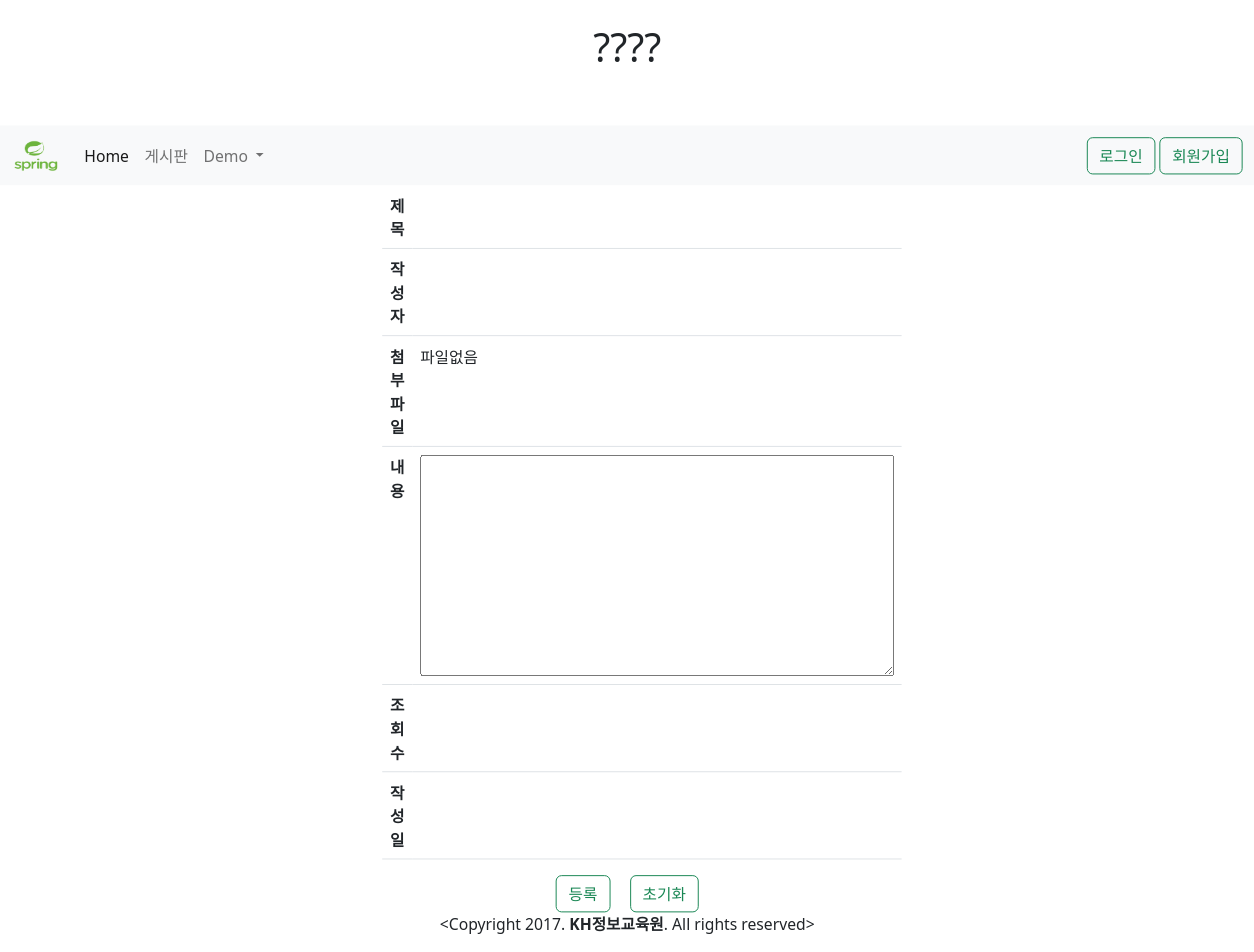
Repository: yerimeee/06_springWork
Page: http://localhost/springProject/WEB-INF/views/board/boardDetail.jsp
The author's editor kept a copy of each file at every save. The page is drawn from the files as they stood at one save, then again after the next save.
The browser window is 1280 px wide. The pictures show the whole page, at 98% of full size.
The page is served by Tomcat 9. Nobody is signed in. Other server files are loaded and not shown. The template is opened directly, without the code that normally fills it, so the values that code supplies are empty.

Above is the page before, as saved 2023-06-19 07:14:20.

### springProject/src/main/webapp/WEB-INF/views/board/boardDetail.jsp
<%@ page language="java" contentType="text/html; charset=UTF-8"
    pageEncoding="UTF-8"%>
<%@ taglib prefix="c" uri="http://java.sun.com/jsp/jstl/core" %>
<%@ taglib prefix="fmt" uri="http://java.sun.com/jsp/jstl/fmt" %>
<%@ taglib prefix="fn" uri="http://java.sun.com/jsp/jstl/functions" %>
<style>
	#container{width:500px; margin:auto;}
	th, td{height:30px;}
	input{width:250px;}
	.guide {display:none;}
	.ok {color:green;}
	.error {color:red;}
</style>
<jsp:include page="/WEB-INF/views/common/header.jsp">
	<jsp:param value="상세보기" name="title"/>
</jsp:include>
	<div id="container">
			<table class="table">
				<tr>
					<th scope="col">제목</th>
					<td scope="col">${board.boardTitle }</td>
				</tr>
				<tr>
					<th scope="col">작성자</th>
					<td scope="col">${board.boardWriter }</td>
				</tr>
				<tr>
					<th scope="col">첨부파일</th>
					<td scope="col">
						<c:if test="${not empty board.originalFilename }">
							<button type="button" class="btn btn-outline-secondary">${board.originalFilename }</button>
						</c:if>
						<c:if test="${empty board.originalFilename }">
							파일없음
						</c:if>
					</td>
				</tr>
				<tr>
					<th scope="col">내용</th>
					<td scope="col">
						<textarea name="content" rows="10" cols="50" required>${board.content }</textarea>
					</td>
				</tr>
				<tr>
					<th scope="col">조회수</th>
					<td scope="col">${board.count }</td>
				</tr>
				<tr>
					<th scope="col">작성일</th>
					<td scope="col">${board.createDate }</td>
				</tr>
			</table>
			<button class="btn btn-outline-success" type="submit" >등록</button>&emsp;
			<button class="btn btn-outline-success" type="reset">초기화</button>
	</div>

<jsp:include page="/WEB-INF/views/common/footer.jsp" />

### springProject/src/main/webapp/WEB-INF/views/common/header.jsp
<%@ page language="java" contentType="text/html; charset=UTF-8"
    pageEncoding="UTF-8"%>
<%@ taglib prefix="c" uri="http://java.sun.com/jsp/jstl/core" %>
<%@ taglib prefix="fmt" uri="http://java.sun.com/jsp/jstl/fmt" %>
<%@ taglib prefix="fn" uri="http://java.sun.com/jsp/jstl/functions" %>
<!DOCTYPE html>
<html>
<head>
<meta charset="UTF-8">

<title>${param.title }</title> <!-- input form은 request. 으로 받고 param으로 들어온 건 param으로 받음 -->

<script src="https://ajax.googleapis.com/ajax/libs/jquery/3.6.3/jquery.min.js"></script>
<link href="https://cdn.jsdelivr.net/npm/bootstrap@5.2.3/dist/css/bootstrap.min.css" rel="stylesheet" integrity="sha384-rbsA2VBKQhggwzxH7pPCaAqO46MgnOM80zW1RWuH61DGLwZJEdK2Kadq2F9CUG65" crossorigin="anonymous">
<link rel="stylesheet" href="${pageContext.request.contextPath}/resources/css/style.css">

<!-- DB에 저장이 잘 되었다면 alert창 띄우기 -->
<c:if test="${not empty msg }">
	<script type="text/javascript">
		alert('${msg}');
	</script>
</c:if>

</head>
<body>
	<script src="https://cdn.jsdelivr.net/npm/bootstrap@5.2.3/dist/js/bootstrap.bundle.min.js" integrity="sha384-kenU1KFdBIe4zVF0s0G1M5b4hcpxyD9F7jL+jjXkk+Q2h455rYXK/7HAuoJl+0I4" crossorigin="anonymous"></script>

	<header>
		<br>
		<h1 align="center">${param.title }</h1>
		<br><br>
		<nav class="navbar navbar-expand-lg bg-light">
		  <div class="container-fluid">
		    <a class="navbar-brand" href="#">
		    	<img src="${pageContext.request.contextPath}/resources/img/spring.png" alt="spring" width="50" height="35">
		    </a>
		    <button class="navbar-toggler" type="button" data-bs-toggle="collapse" data-bs-target="#navbarSupportedContent" aria-controls="navbarSupportedContent" aria-expanded="false" aria-label="Toggle navigation">
		      <span class="navbar-toggler-icon"></span>
		    </button>
		    <div class="collapse navbar-collapse" id="navbarSupportedContent">
		      <ul class="navbar-nav me-auto mb-2 mb-lg-0">
		        <li class="nav-item">
		          <a class="nav-link active" aria-current="page" href="${pageContext.request.contextPath }">Home</a>
		        </li>
		        <li class="nav-item">
		          <a class="nav-link" href="${pageContext.request.contextPath }/board/boardList.bo">게시판</a>
		        </li>
		        <li class="nav-item dropdown">
		          <a class="nav-link dropdown-toggle" href="#" role="button" data-bs-toggle="dropdown" aria-expanded="false">
		            Demo
		          </a>
		          <ul class="dropdown-menu">
		            <li><a class="dropdown-item" href="${pageContext.request.contextPath}/demo/devForm.do">Demo등록</a></li>
		            <li><a class="dropdown-item" href="${pageContext.request.contextPath}/demo/devList.do">Demo목록</a></li>
		          </ul>
		        </li>
		      </ul>
		      <%-- <button class="btn btn-outline-success" type="button" onclick="location.href='${pageContext.request.contextPath}/member/memberLogin.me'">로그인</button>&nbsp;--%>
		      																						<!-- 경로 이렇게 설정하면 get방식이 됨 -->

		    <!-- 로그인이 되어있지 않으면 로그인창 -->
		      <c:if test="${empty loginMember }">
		      	<button class="btn btn-outline-success" type="button"
		      		data-bs-toggle="modal" data-bs-target="#loginModal">로그인</button>&nbsp;
		      	<!-- 토글은 한 번 눌렀으면 보여지고 다시 누르면 안 보이는 기능인데 모달 창에서 버튼을 누르면 다른 모달창으로 넘어갈 수 있게 구현한 것임 -->
		      	<button class="btn btn-outline-success" type="button"
		      		onclick="location.href='${pageContext.request.contextPath}/member/memberEnroll.me'">회원가입</button>
		      	<!-- onclikc locatio.href으로 했으니 get방식이 됨 -->
		      </c:if>

		      <!-- 로그인이 되었으면 -->
		      <c:if test="${not empty loginMember }">
		      	<a href="${pageContext.request.contextPath }/member/memberDetail.me">${loginMember.userName }님 로그인 되었습니다</a>&emsp;
		      	<button class="btn btn-outline-success" type="button"
		      		onclick="location.href='${pageContext.request.contextPath}/member/memberLogout.me'">로그아웃</button>
		      </c:if>
		    </div>
		  </div>
		</nav>

		<!-- 로그인 모달창 -->
		<div class="modal" tabindex="-1" id="loginModal">
		  <div class="modal-dialog">
		    <div class="modal-content">
		      <div class="modal-header">
		        <h5 class="modal-title">로그인</h5>
		        <button type="button" class="btn-close" data-bs-dismiss="modal" aria-label="Close"></button>
		      </div>

		      <form action="${pageContext.request.contextPath }/member/memberLogin.me" method="post">
			      <div class="modal-body">
					<div class="mb-3 row">
						<label for="name" class="col-sm-2 col-form-label">ID</label>
						<div class="col-sm-10">
							<input type="text" class="form-control" name="userId" required>
						</div>
					</div>
						<div class="mb-3 row">
							<label for="career" class="col-sm-2 col-form-label">PW</label>
							<div class="col-sm-10">
								<input type="password" class="form-control" name="userPwd" required>
							</div>
						</div>
			      </div>

		      <div class="modal-footer">
		        <button type="button" class="btn btn-secondary" data-bs-dismiss="modal">닫기</button>
		        <button type="submit" class="btn btn-primary" data-bs-dismiss="modal">로그인</button>
		      </div>
		      </form>
		    </div>
		  </div>
		</div>
	</header>
	<section>

</body>
</html>

### springProject/src/main/webapp/WEB-INF/views/common/footer.jsp
<%@ page language="java" contentType="text/html; charset=UTF-8"
    pageEncoding="UTF-8"%>

	</section>
	<footer>
		<p>&lt;Copyright 2017. <strong>KH정보교육원</strong>. All rights reserved&gt;</p>
	</footer>

	</body>
</html>

### springProject/src/main/webapp/resources/css/style.css
@charset "UTF-8";

h1 {text-align:center;}
section {text-align:center;}
footer {text-align:center;}

After the next save:
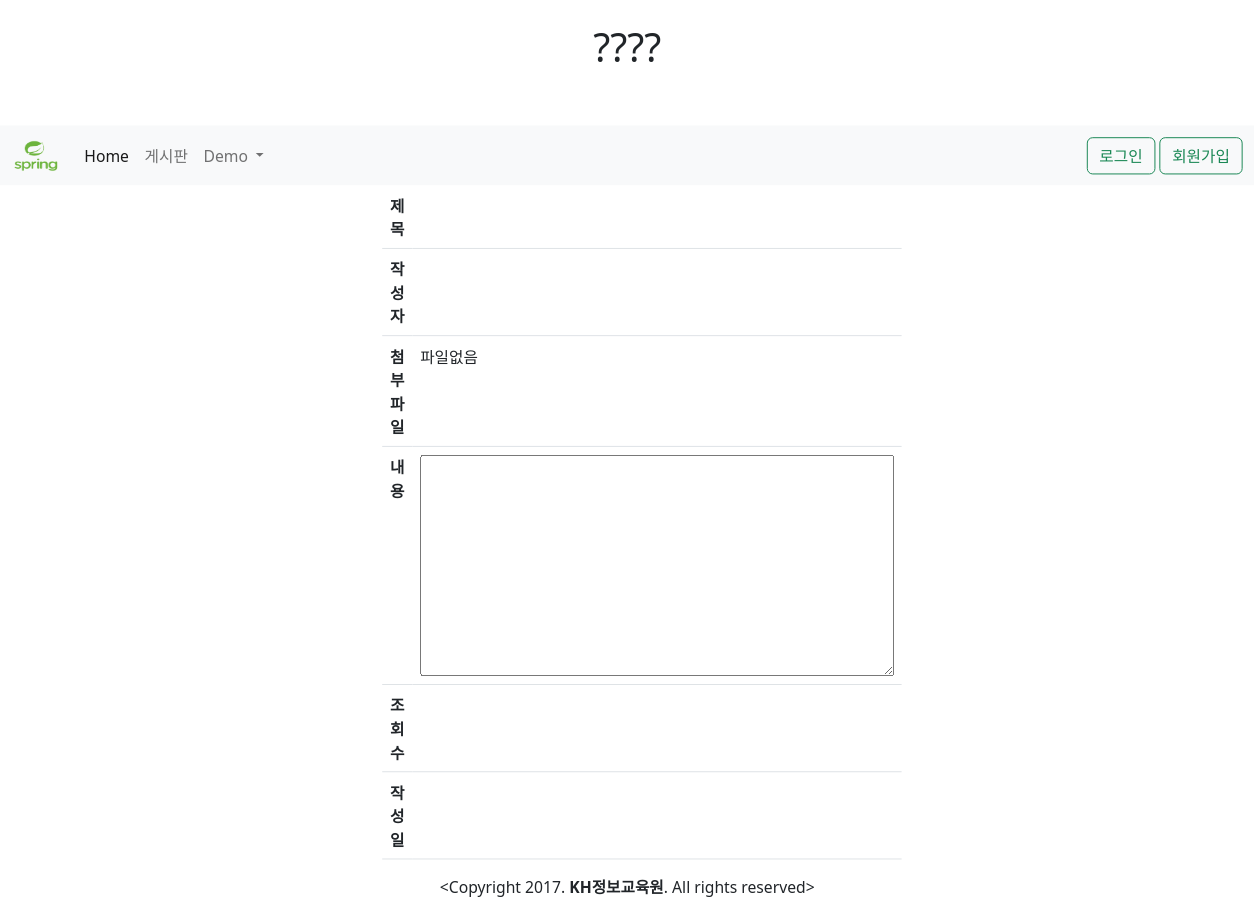
Saved 8 s later.
--- a/springProject/src/main/webapp/WEB-INF/views/board/boardDetail.jsp
+++ b/springProject/src/main/webapp/WEB-INF/views/board/boardDetail.jsp
@@ -50,8 +50,6 @@
 					<td scope="col">${board.createDate }</td>
 				</tr>
 			</table>
-			<button class="btn btn-outline-success" type="submit" >등록</button>&emsp;
-			<button class="btn btn-outline-success" type="reset">초기화</button>
 	</div>
 
 <jsp:include page="/WEB-INF/views/common/footer.jsp" />
